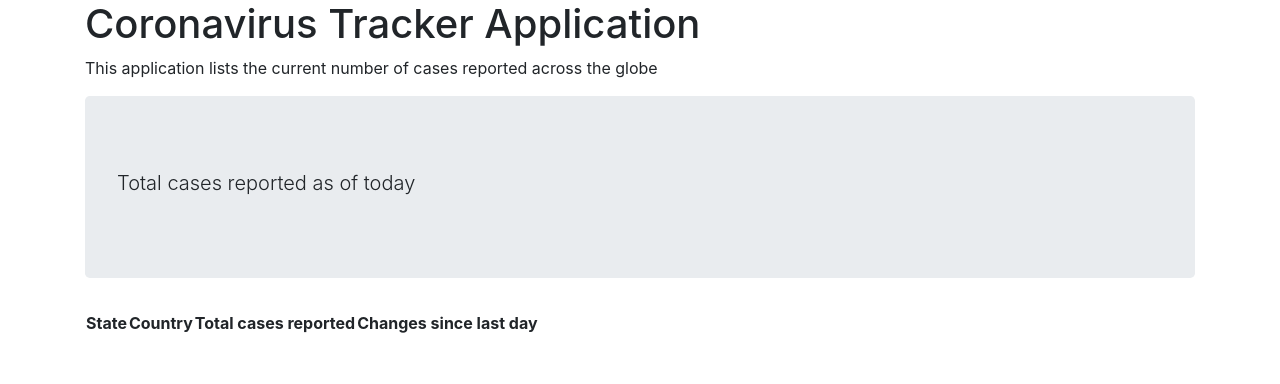
Repository: safaladhikari1/CoronaVirusTrackerApp
Page: http://localhost/home
These files come from the project's save history. The page is drawn as it stood at one moment and after the next save; the edit follows.
The browser window is 1280 px wide. The pictures show the whole page.
The page is this project's Thymeleaf template; nobody is signed in. The template is opened directly, without the code that normally fills it, so the values that code supplies are empty.

Above is the page before, as saved 2020-08-30 08:54:53.

After the next save:
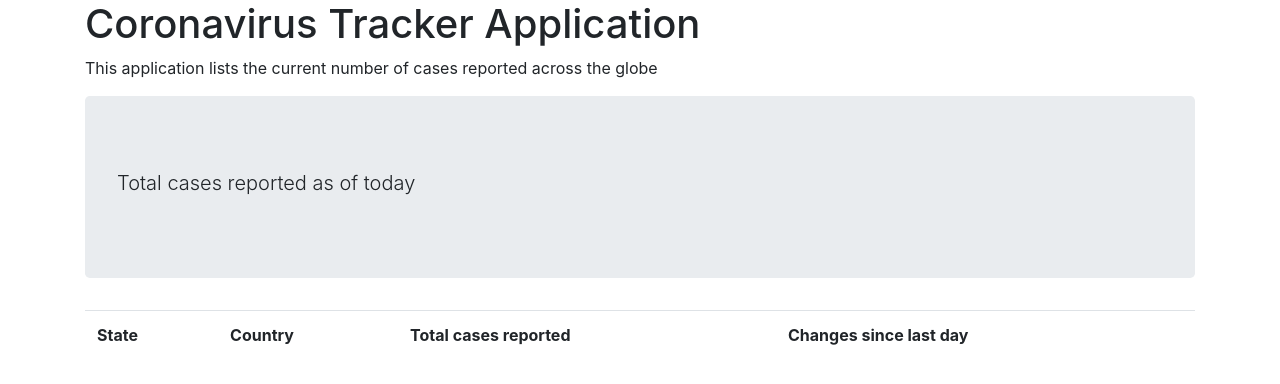
Saved 110 s later.
--- a/coronavirus-tracker/src/main/resources/templates/home.html
+++ b/coronavirus-tracker/src/main/resources/templates/home.html
@@ -23,7 +23,7 @@
   		<p class="lead">Total cases reported as of today</p>
 	</div>
 
-  	<table>
+  	<table class="table">
 		  <tr>
 		    <th>State</th>
 		    <th>Country</th>
